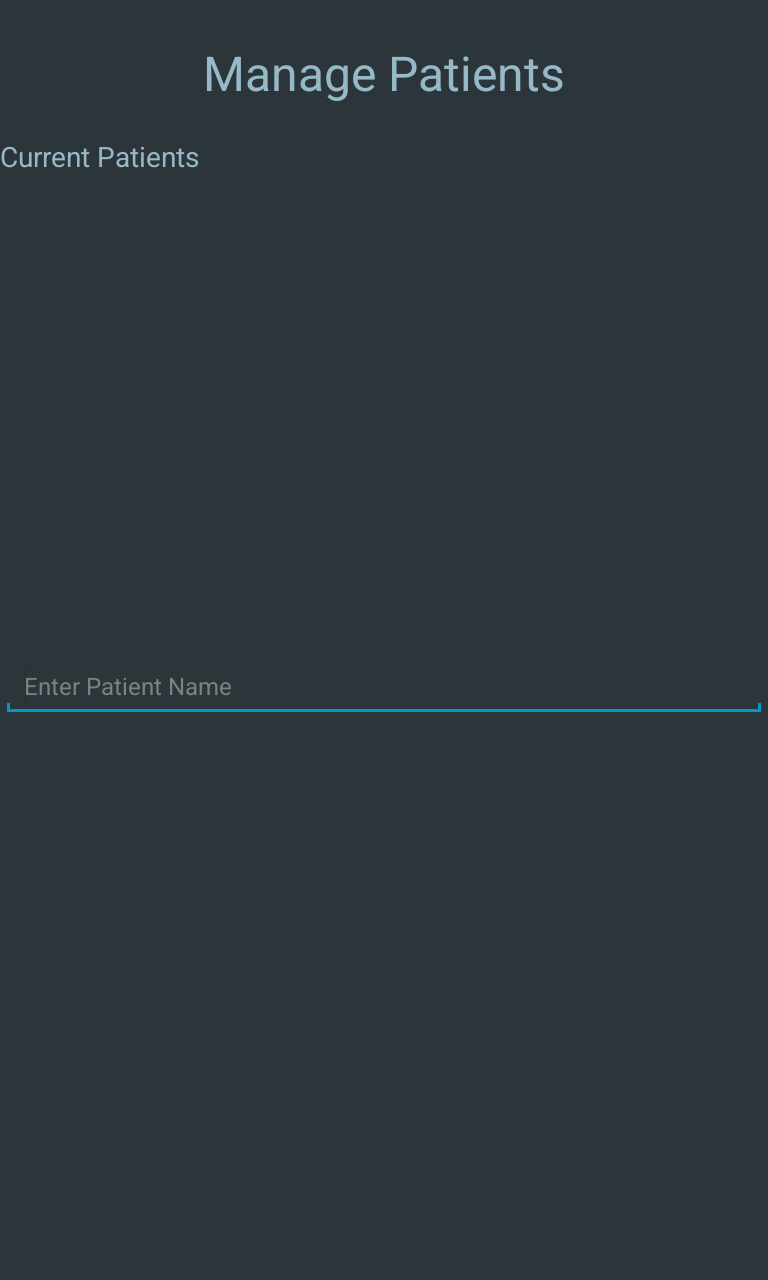
Repository: davidwiggy/MyWeek
Layout: MyWeek/res/layout/manage_clients.xml
These files come from the project's save history. The layout is drawn as it stood at one moment and after the next save; the edit follows.
It is drawn on a 768 x 1280 px phone screen (xhdpi) without system bars, with theme AppTheme; the app's code is not run. Lists and similar views that code fills are empty.

Above is the layout before, as saved 2013-10-29 01:45:15.

After the next save:
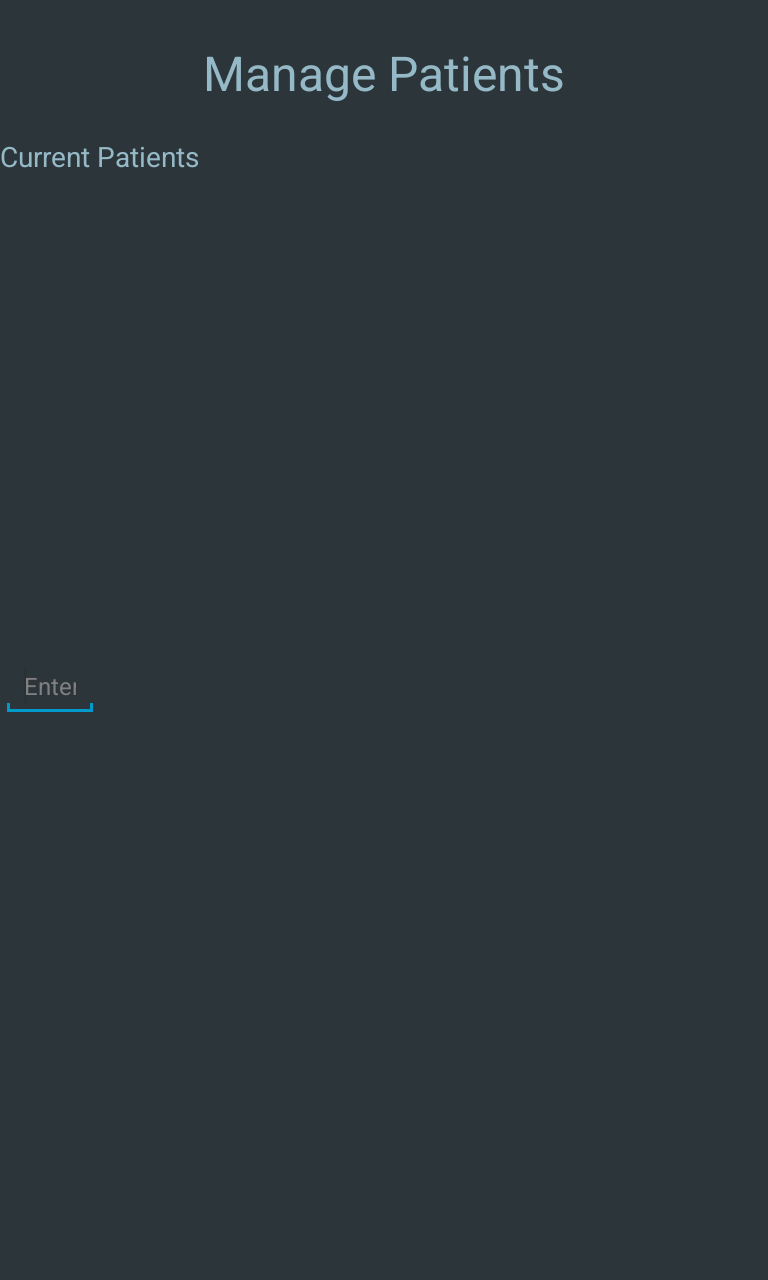
Saved 29 s later.
--- a/MyWeek/res/layout/manage_clients.xml
+++ b/MyWeek/res/layout/manage_clients.xml
@@ -39,7 +39,7 @@
 
        <EditText
            android:id="@+id/enter_patient_name"
-           android:layout_width="match_parent"
+           android:layout_width="50dip"
            android:layout_height="wrap_content"
            android:layout_alignParentLeft="true"
            android:layout_below="@+id/listViewHolderManageClients"
